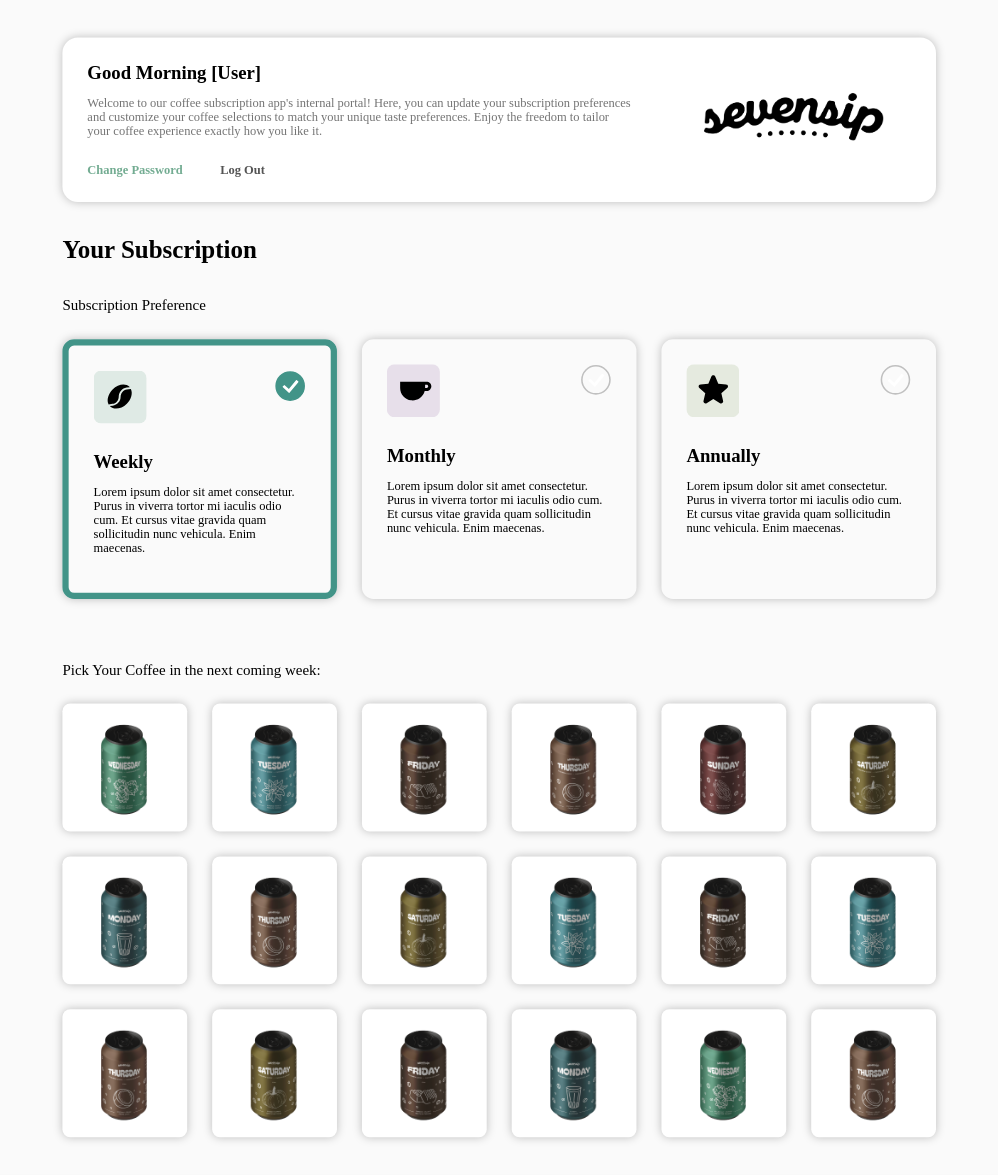
Repository: Haydenleung/COMP-4170-Final-Project
Page: http://localhost/main
An editor plug-in stored every save of this project. The page is shown before and after the next save, followed by the edit.
The browser window is 1280 px wide. The pictures show the whole page, at 78% of full size.
The page is served by the project's Node server (app.js).

Above is the page before, as saved 2024-03-22 18:37:05.

After the next save:
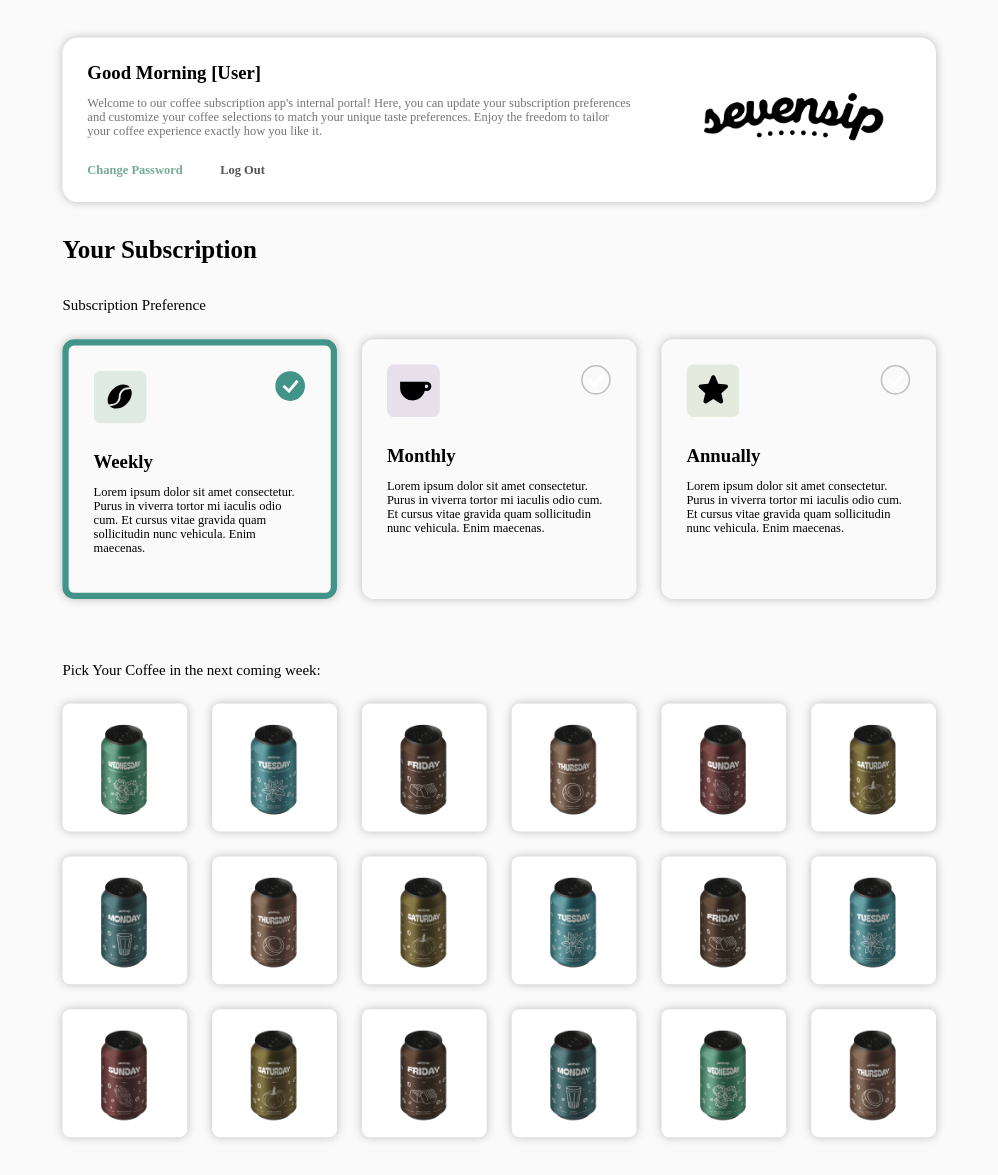
Saved 9 s later.
--- a/views/main.ejs
+++ b/views/main.ejs
@@ -106,7 +106,7 @@
                         <img class="coffee-image" src="/images/02.png" alt="coffee image" />
                     </div>
                     <div class="coffee">
-                        <img class="coffee-image" src="/images/04.png" alt="coffee image" />
+                        <img class="coffee-image" src="/images/07.png" alt="coffee image" />
                     </div>
                     <div class="coffee">
                         <img class="coffee-image" src="/images/06.png" alt="coffee image" />
